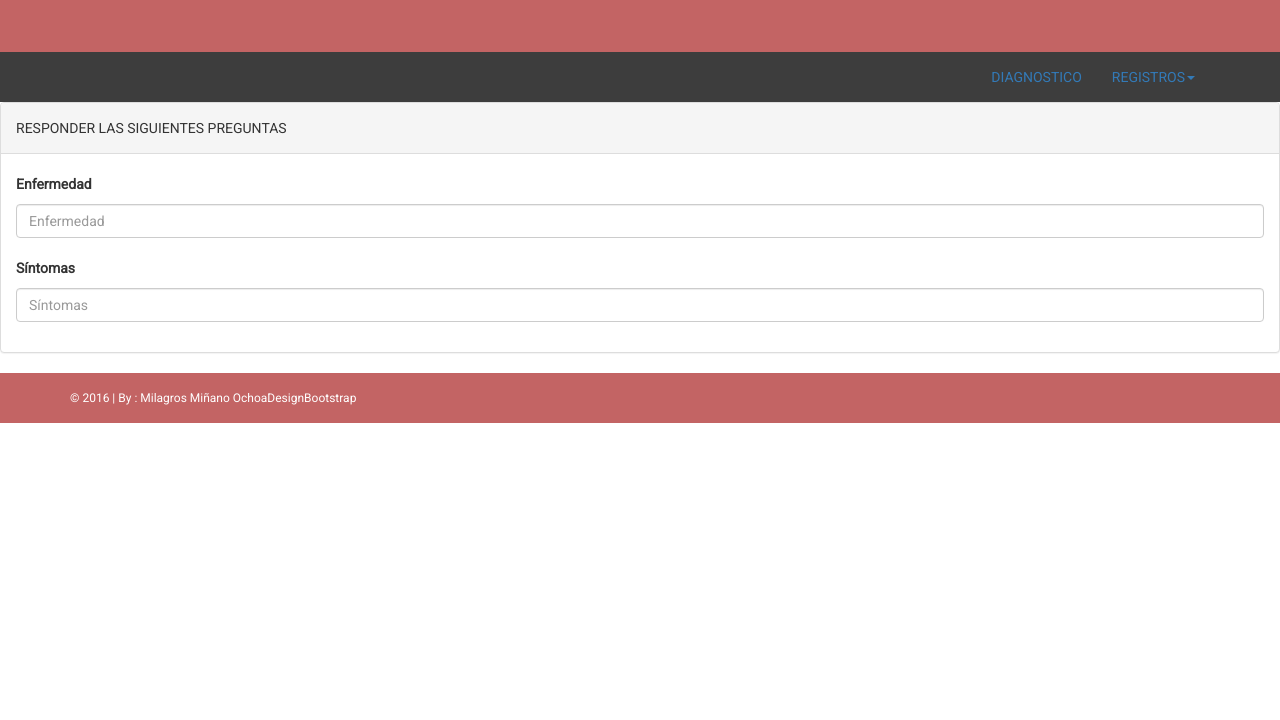
Repository: Mili10/PROYECTOII
Page: http://localhost/Capa_Presentación/frmRegistroSintoma.jsp
These files come from the project's save history. The page is drawn as it stood at one moment and after the next save; the edit follows.
The browser window is 1280 px wide. The pictures show the whole page.
The page is served by Tomcat 9.

Above is the page before, as saved 2016-05-16 05:15:24.

### sistema_experto_web/Capa_Presentación/WebContent/frmRegistroSintoma.jsp
<%@ page language="java" contentType="text/html; charset=ISO-8859-1"
    pageEncoding="ISO-8859-1"%>
<!DOCTYPE html PUBLIC "-//W3C//DTD HTML 4.01 Transitional//EN" "http://www.w3.org/TR/html4/loose.dtd">
<html>
<head>
<meta http-equiv="Content-Type" content="text/html; charset=ISO-8859-1">
<title>Insert title here</title>
	<link href="Plantilla/css/bootstrap.css" rel="stylesheet" />
    <link href="Plantilla/css/font-awesome.css" rel="stylesheet" />
    <link href="Plantilla/css/style.css" rel="stylesheet" />
</head>
<body>
	<jsp:include page="includes/masterHeader.jsp"></jsp:include>
		<div class="panel panel-default">
             <div class="panel-heading">
               RESPONDER LAS SIGUIENTES PREGUNTAS
             </div>
             <div class="panel-body">
				  <form>
				  <div class="form-group">
				    <label for="exampleInputEmail1">Enfermedad</label>
				    <input type="text" class="form-control" placeholder="Enfermedad">
				  </div>
				  <div class="form-group">
				    <label for="exampleInputPassword1">Síntomas</label>
				    <input type="text" class="form-control" placeholder="Síntomas">
				  </div>
				</form>
				</div>
         </div>
	<jsp:include page="includes/masterFooter.jsp"></jsp:include>

	<script src="Plantilla/js/jquery-1.11.1.js"></script>
    <script src="Plantilla/js/bootstrap.js"></script>
</body>
</html>

### sistema_experto_web/Capa_Presentación/WebContent/includes/masterHeader.jsp
    <div class="navbar navbar-inverse set-radius-zero">
        <div class="container">
            <div class="navbar-header">
                <button type="button" class="navbar-toggle" data-toggle="collapse" data-target=".navbar-collapse">
                    <span class="icon-bar"></span>
                    <span class="icon-bar"></span>
                    <span class="icon-bar"></span>
                </button>
                <a class="navbar-brand" href="index.html">

                </a>

            </div>

        </div>
    </div>
    <!-- LOGO HEADER END-->
    <section class="menu-section">
        <div class="container">
            <div class="row">
                <div class="col-md-12">
                    <div class="navbar-collapse collapse">
                        <ul class="nav navbar-nav navbar-right">
                            <li><a href="frmCuestionario.jsp">DIAGNOSTICO</a></li>
                            <li class="dropdown">
                            	<a href="#" class="dropdown-toggle" data-toggle="dropdown" role="button" aria-haspopup="true" aria-expanded="false">REGISTROS<span class="caret"></span></a>
                            	<ul class="dropdown-menu">
						            <li><a href="frmRegistroSintoma.jsp" role="button">SINTOMA</a></li>
						        </ul>
                            </li>
                        </ul>
                    </div>
                </div>

            </div>
        </div>
    </section>

### sistema_experto_web/Capa_Presentación/WebContent/includes/masterFooter.jsp
<!-- CONTENT-WRAPPER SECTION END-->
    <footer>
        <div class="container">
            <div class="row">
                <div class="col-md-12">
                    &copy; 2016 | By : Milagros Miñano Ochoa<a href="http://www.designbootstrap.com/" target="_blank">DesignBootstrap</a>
                </div>

            </div>
        </div>
    </footer>

### sistema_experto_web/Capa_Presentación/WebContent/Plantilla/css/style.css

/*=============================================================
    Authour URL: www.designbootstrap.com

    http://www.designbootstrap.com/

    License: MIT

    http://opensource.org/licenses/MIT

    100% Free To use For Personal And Commercial Use.

    IN EXCHANGE JUST TELL PEOPLE ABOUT THIS WEBSITE

========================================================  */


/* =============================================================
   GENERAL STYLES
 ============================================================ */

@import url(http://fonts.googleapis.com/css?family=Roboto); /* FREE GOOGLE FONT */

body {
    font-family: 'Roboto', sans-serif;
    line-height: 30px;
}

.set-radius-zero {
    border-radius: 0px;
    -moz-border-radius: 0px;
    -webkit-border-radius: 0px;
}

.content-wrapper {
    margin-top: 40px;
    min-height: 600px;
    padding-bottom: 60px;
}

.page-head-line {
    font-weight: 900;
    padding-bottom: 20px;
    border-bottom: 2px solid #F0677C;
    text-transform: uppercase;
    color: #F0677C;
    font-size: 20px;
    margin-bottom: 40px;
}

.btn {
    border-radius: 0px;
    -webkit-border-radius: 0px;
    -moz-border-radius: 0px;
}

.progress {
    height: 8px;
    border-radius: 0px;
    -webkit-border-radius: 0px;
    -moz-border-radius: 0px;
}
.login-icon {
    height: 60px;
width: 60px;
padding: 13px;
border-radius: 50%;
font-size: 30px;
margin-bottom: 20px;
color: #fff;
text-align: center;
cursor:pointer;
background-color:#F0677C;
-webkit-border-radius:50%;
    -moz-border-radius:50%;
}
/* =============================================================
   HEADER SECTION STYLES
 ============================================================ */
header {
    background-color: #F0677C;
    color: #fff;
    padding: 10px;
    text-align: right;
}


/* =============================================================
   LOGO SECTION STYLES
 ============================================================ */
.left-div {
    padding-left: 30px;
    margin-top: 40px;
    margin-bottom: 30px;
}

.navbar-brand {
    width: 250px;
    padding-top: 30px;
}

/* USER SETTINGS DIV */
.user-settings-wrapper .nav > li > a {
    position: relative;
    display: block;
    padding: 15px 18px;
    border-radius: 50%;
    -webkit-border-radius: 50%;
    -moz-border-radius: 50%;
    height: 60px;
    width: 60px;
    background-color: #F0677C;
    color: #fff;
}

.user-settings-wrapper {
    margin-top: 10px;
}

    .user-settings-wrapper li {
        display: inline-block;
    }

    .user-settings-wrapper .dropdown-settings {
        width: 200px;
        padding: 10px;
    }

    .user-settings-wrapper .nav > li > a:hover,.user-settings-wrapper .nav > li > a:focus {
        text-decoration: none;
        background-color: #C36464!important;
    }

    .user-settings-wrapper img {
        height: 64px;
        width: 64px;
        border: 1px solid #000000;
    }

    .user-settings-wrapper .dropdown-menu {
        margin: 0px;
        border-radius: 0px!important;
        -moz-border-radius: 0px!important;
        -webkit-border-radius: 0px!important;
    }

    .user-settings-wrapper .btn {
        border-radius: 0px!important;
        -moz-border-radius: 0px!important;
        -webkit-border-radius: 0px!important;
    }

    .user-settings-wrapper .media-heading {
        padding-top: 10px;
    }

/* MENU LINKS SECTION*/

.menu-section {
    background-color: #3D3D3D;
}

#menu-top a {
    color: #FFF;
    text-decoration: none;
    font-weight: 500;
    padding: 10px 10px 10px 10px;
    text-transform: uppercase;
}

.menu-top-active {
    background-color: #C36464;
}

.menu-section .nav > li > a:hover,.menu-section .nav > li > a:focus {
    background-color: #F0677C!important;
}

.menu-section .dropdown-menu > li > a:hover,.menu-section .dropdown-menu > li > a:focus {
    background-color: #F0677C!important;
}

.navbar-inverse {
    background-color: #C36464;
    border-color: transparent;
}

.navbar-toggle {
    background-color: #F0677C;
    border: 1px solid #fff;
}

.navbar {
    margin-bottom: 0px;
}
/* =============================================================
   FOOTER SECTION STYLES
 ============================================================ */
footer {
    padding: 10px;
    color: #fff;
    font-size: 12px;
    background-color: #C36464;
}

    footer a, footer a:hover {
        color: #fff;
        text-decoration: none;
    }

/*==============================================
    DASHBOARD  STYLES
 =============================================*/

/* DASHBOARD ICONS */

.bk-clr-one {
    background-color: #B9B739;
}

.bk-clr-two {
    background-color: #F94C4C;
}

.bk-clr-three {
    background-color: #119c7e;
}

.bk-clr-four {
    background-color: #b739b9;
}

.dashboard-div-icon {
    height: 75px;
    width: 75px;
    border: 2px solid #fff;
    padding: 20px;
    border-radius: 50%;
    -webkit-border-radius:50%;
    -moz-border-radius:50%;
    font-size: 30px;
    margin-bottom: 20px;
    color: #fff;
}

.dashboard-div-wrapper {
    border-radius: 5px;
    text-align: center;
    padding: 15px;
    color: #fff;
    margin-bottom: 50px;
}

    .dashboard-div-wrapper .progress {
        height: 2px;
    }

/* NOTICE BOARD */


.notice-board .panel {
    border-radius: 0px;
    -webkit-border-radius: 0px;
    -moz-border-radius: 0px;
}

.notice-board ul {
    padding-left: 0px;
    list-style: none;
}

.notice-board li {
    padding: 10px;
    border-bottom: 1px solid #E5E5E5;
}

    .notice-board li span {
        margin-right: 10px;
        border: 1px solid #DBDBDB;
        padding: 5px;
    }

    .notice-board li a, li a:hover {
        text-decoration: none;
        color: #000;
    }

/* SOCIAL BUTTONS */
.btn-social {
    color: white;
    opacity: 0.8;
}

    .btn-social:hover {
        color: white;
        opacity: 1;
        text-decoration: none;
    }

.btn-facebook {
    background-color: #3b5998;
}

.btn-twitter {
    background-color: #00aced;
}

.btn-linkedin {
    background-color: #0e76a8;
}

.btn-google {
    background-color: #c32f10;
}

Loaded but not shown: sistema_experto_web/Capa_Presentación/WebContent/Plantilla/css/bootstrap.css (library); sistema_experto_web/Capa_Presentación/WebContent/Plantilla/css/font-awesome.css (library); sistema_experto_web/Capa_Presentación/WebContent/Plantilla/js/jquery-1.11.1.js (library); sistema_experto_web/Capa_Presentación/WebContent/Plantilla/js/bootstrap.js (library)

After the next save:
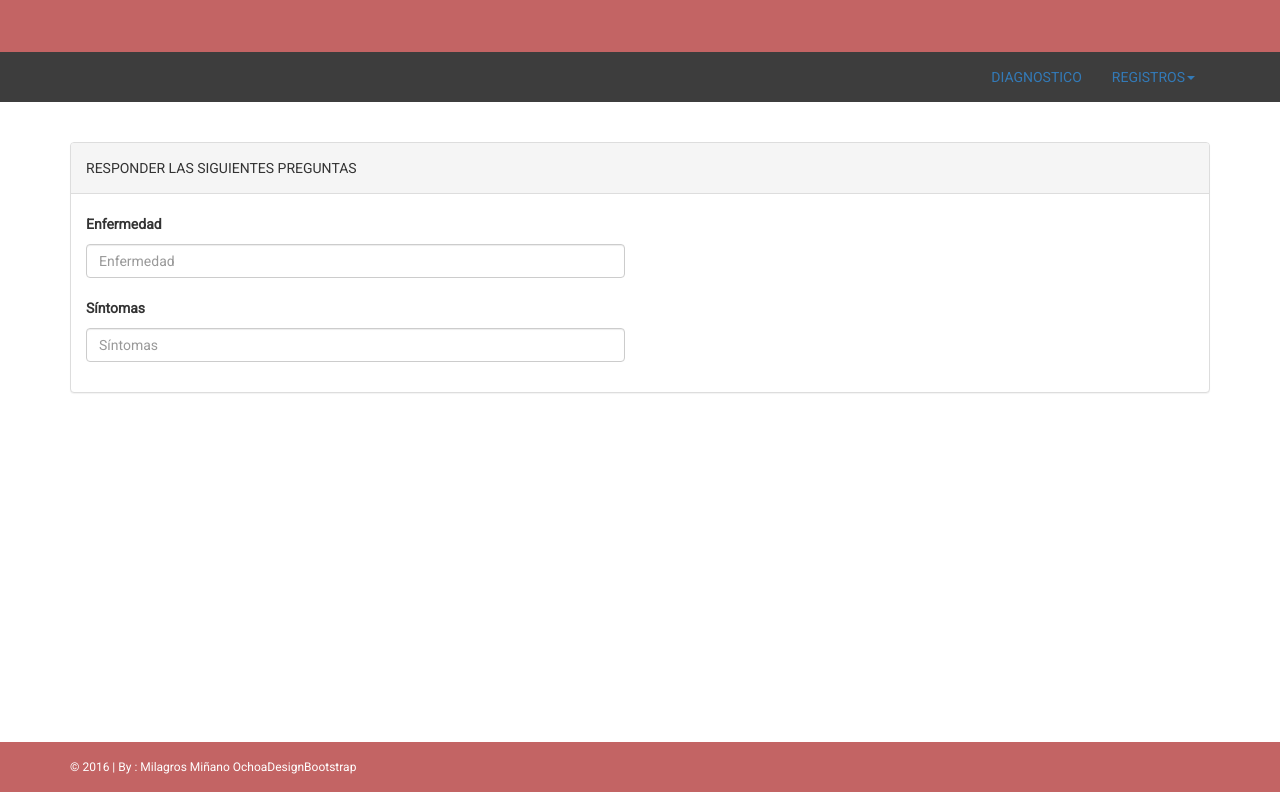
Saved 21 min 21 s later.
--- a/sistema_experto_web/Capa_Presentación/WebContent/frmRegistroSintoma.jsp
+++ b/sistema_experto_web/Capa_Presentación/WebContent/frmRegistroSintoma.jsp
@@ -11,23 +11,33 @@
 </head>
 <body>
 	<jsp:include page="includes/masterHeader.jsp"></jsp:include>
-		<div class="panel panel-default">
-             <div class="panel-heading">
-               RESPONDER LAS SIGUIENTES PREGUNTAS
-             </div>
-             <div class="panel-body">
-				  <form>
-				  <div class="form-group">
-				    <label for="exampleInputEmail1">Enfermedad</label>
-				    <input type="text" class="form-control" placeholder="Enfermedad">
+	<div class="content-wrapper">
+		<div class="container">
+			<div class="panel panel-default">
+	             <div class="panel-heading">
+	               RESPONDER LAS SIGUIENTES PREGUNTAS
+	             </div>
+	              <div class="row">
+		             <div class="panel-body">
+		             	<div class="col-md-6">
+						  <form>
+						  <div class="form-group">
+						    <label for="exampleInputEmail1">Enfermedad</label>
+						    <input type="text" class="form-control" placeholder="Enfermedad">
+						  </div>
+						  <div class="form-group">
+						    <label for="exampleInputPassword1">Síntomas</label>
+						    <input type="text" class="form-control" placeholder="Síntomas">
+						  </div>
+						 </form>
+						</div>
+					  </div>
 				  </div>
-				  <div class="form-group">
-				    <label for="exampleInputPassword1">Síntomas</label>
-				    <input type="text" class="form-control" placeholder="Síntomas">
-				  </div>
-				</form>
-				</div>
-         </div>
+	         </div>
+	      </div>
+      </div>
+
+
 	<jsp:include page="includes/masterFooter.jsp"></jsp:include>
 
 	<script src="Plantilla/js/jquery-1.11.1.js"></script>
